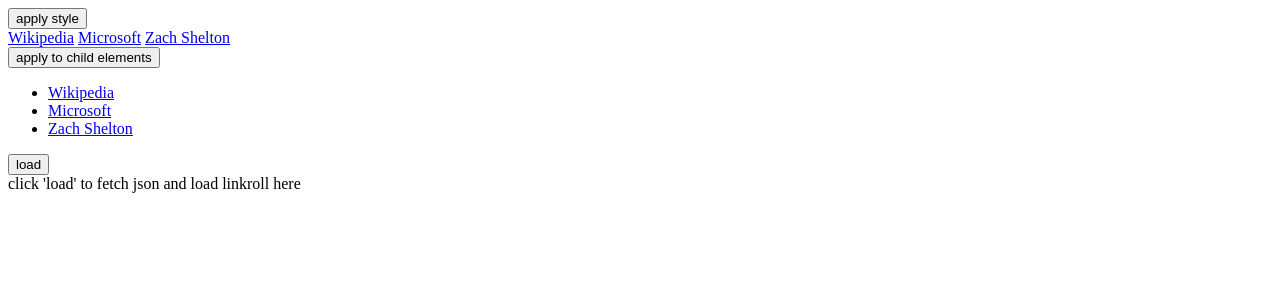
Repository: zachofalltrades/jquery.linkroll
Page: index.html
The author's editor kept a record of every edit. The page is drawn from the files as they stood at one moment, then again after the next edit.
The browser window is 1280 px wide. The pictures show the whole page.
Some web libraries are served in a nearby version.

Above is the page before.

### index.html
<!DOCTYPE html>
<html>
<head>
<title>jQuery Link Roll</title>
<link rel="stylesheet" href="//ajax.googleapis.com/ajax/libs/jqueryui/1.11.2/themes/smoothness/jquery-ui.css" />
<script src="//ajax.googleapis.com/ajax/libs/jquery/2.1.3/jquery.min.js"></script>
<script	src="//ajax.googleapis.com/ajax/libs/jqueryui/1.11.2/jquery-ui.min.js"></script>
<script src="jquery.linkroll.js"></script>
<style>
</style>
</head>
<body>


	<div>
		<button onClick="$('#inlineLinks').linkroll();">apply style</button>
		<div id="inlineLinks">
			<a href="http://wikipedia.org">Wikipedia</a>
			<a href="http://www.microsoft.com">Microsoft</a>
			<a href="http://zachofalltrades.net">Zach Shelton</a>
		</div>
	</div>

	<div>
		<button onClick="$('#plainList').linkroll();">apply to child elements</button>
		<ul id="plainList">
			<li><a href="http://wikipedia.org">Wikipedia</a></li>
			<li><a href="http://www.microsoft.com">Microsoft</a></li>
			<li><a href="http://zachofalltrades.net">Zach Shelton</a></li>
		</ul>
	</div>

	<div>
		<button onClick="$('#emptyDiv').linkroll({json: 'sample.json', after: function(node){node.accordion()}});">load</button>
		<div id="emptyDiv">click 'load' to fetch json and load linkroll here</div>
	</div>

</body>
</html>

### jquery.linkroll.js
/**
* linkroll - jQuery plugin to load and/or format linkrolls.
* https://github.com/zachofalltrades/jquery.linkroll
*
* Version - 0.1
* Copyright (c) 2015 Zach Shelton
* http://zachofalltrades.net
*
* Dual licensed under the MIT and GPL licenses:
* http://www.opensource.org/licenses/mit-license.php
* http://www.gnu.org/licenses/gpl.html
*
*/

(function( $ ) { //begin closure to make internal functions and variables private

	var regx = /^(((([^:\/#\?]+:)?(?:(\/\/)((?:(([^:@\/#\?]+)(?:\:([^:@\/#\?]+))?)@)?(([^:\/#\?\]\[]+|\[[^\/\]@#?]+\])(?:\:([0-9]+))?))?)?)?((\/?(?:[^\/\?#]+\/+)*)([^\?#]*)))?(\?[^#]+)?)(#.*)?/;
	var iconAPI = 'http://www.google.com/s2/favicons?domain='; // Google API for favicons

	function getIconUrl ( url ) {
		return iconAPI + regx.exec(url)[11];
	}

	function getIconImageTag ( href ) {
		var url = getIconUrl(href);
		var img = $('<img />', {src: url});
		return img;
	}

	function buildFromJson ( url, node, callback ) {
		$.getJSON( url, function(data) {
			var items = [];
			$.each(data, function( index, value ) {
				items.push("<h3 class='linkroll'>" + value.category + "</h3><div class='linkroll'><ul class='linkroll'>");
				$.each(value.links, function(index2, site) {
					items.push("<li class='linkroll' style=\"list-style-image: url('"
							+ getIconUrl(site.link)
							+ "');\"><a href='" + site.link + "'>" + site.name
							+ "</a></li>");
				});
				items.push("</ul></div>");
			});
			node.html(items.join(""));
			if ($.isFunction(callback)) {
				callback(node);
			}
		});
	}



	/**
	 * add DOM chaining method to global jQuery object
	 */
	$.fn.linkroll = function(options) {
//		var roller = new LinkRoller(options);
		var settings = $.extend({}, $.fn.linkroll.defaults, options);
		return this.each(function(){
			var node = $(this);
			if (settings.json) {
				buildFromJson(settings.json, node, settings.onSuccess);
			} else {
				if (node.is('a')) {
					node.prepend("xxx");
				} else {
					node.find('a').prepend("xxx");
				}
				if ($.isFunction(settings.onSuccess)) {
				settings.onSuccess(node);
			}
		}
//			$("#linkroll").accordion({
//				collapsible : true
//			});
		});
	};

	/**
	 * default configuration is globally accessible
	 */
	$.fn.linkroll.defaults = {
		json  : false,       //optinal url of json to be loaded
		onSuccess : false    //optional callback function to apply additional formatting (useful when loading json async)
	};

}(jQuery)); //end of IIFE (see http://benalman.com/news/2010/11/immediately-invoked-function-expression/ )

After the next edit:
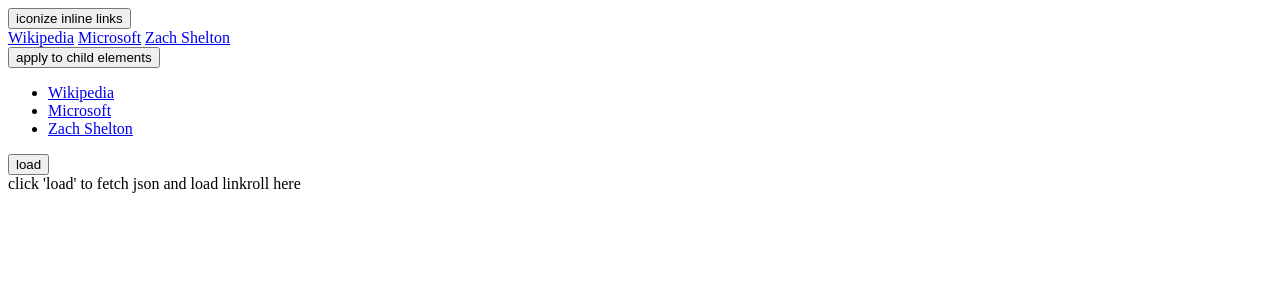
The edit:
--- a/index.html
+++ b/index.html
@@ -13,7 +13,7 @@
 
 
 	<div>
-		<button onClick="$('#inlineLinks').linkroll();">apply style</button>
+		<button onClick="$('#inlineLinks').linkroll();">iconize inline links</button>
 		<div id="inlineLinks">
 			<a href="http://wikipedia.org">Wikipedia</a>
 			<a href="http://www.microsoft.com">Microsoft</a>
